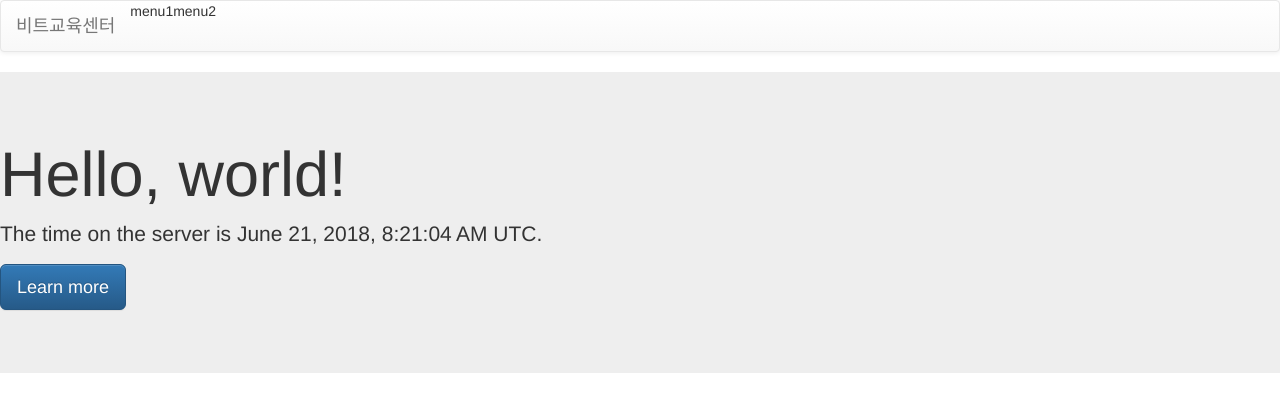
Repository: hb6class/spring2018
Page: http://localhost/sts03/
An editor plug-in stored every save of this project. The page is shown before and after the next save, followed by the edit.
The browser window is 1280 px wide. The pictures show the whole page.
The page is served by Tomcat 9. Other server files are loaded and not shown. The template is opened directly, without the code that normally fills it, so the values that code supplies are empty.

Above is the page before, as saved 2018-06-25 02:54:37.

### sts03/src/main/webapp/WEB-INF/views/home.jsp
<%@ page language="java" contentType="text/html; charset=UTF-8"
    pageEncoding="UTF-8"%>
<%@ taglib uri="http://java.sun.com/jsp/jstl/core" prefix="c" %>
<%@ page session="false" %>
<html>
<head>
<meta http-equiv="Content-Type" content="text/html; charset=UTF-8">
<!-- Latest compiled and minified CSS -->
<link rel="stylesheet" href="https://maxcdn.bootstrapcdn.com/bootstrap/3.3.7/css/bootstrap.min.css" integrity="sha384-BVYiiSIFeK1dGmJRAkycuHAHRg32OmUcww7on3RYdg4Va+PmSTsz/K68vbdEjh4u" crossorigin="anonymous">

<!-- Optional theme -->
<link rel="stylesheet" href="https://maxcdn.bootstrapcdn.com/bootstrap/3.3.7/css/bootstrap-theme.min.css" integrity="sha384-rHyoN1iRsVXV4nD0JutlnGaslCJuC7uwjduW9SVrLvRYooPp2bWYgmgJQIXwl/Sp" crossorigin="anonymous">

<!-- jQuery (necessary for Bootstrap's JavaScript plugins) -->
<script src="https://ajax.googleapis.com/ajax/libs/jquery/1.12.4/jquery.min.js"></script>

<!-- Latest compiled and minified JavaScript -->
<script src="https://maxcdn.bootstrapcdn.com/bootstrap/3.3.7/js/bootstrap.min.js" integrity="sha384-Tc5IQib027qvyjSMfHjOMaLkfuWVxZxUPnCJA7l2mCWNIpG9mGCD8wGNIcPD7Txa" crossorigin="anonymous"></script>
	<title>Home</title>
</head>
<body>
<nav class="navbar navbar-default">
  <div class="container-fluid">
    <div class="navbar-header">
      <a class="navbar-brand" href="#">
        <p>비트교육센터</p>
      </a>
    </div>
	  <ul class="nav navbar-nav">
	  	<li>menu1</li>
	  	<li>menu2</li>
	  </ul>
  </div>
</nav>
<div class="jumbotron">
  <h1>Hello, world!</h1>
	<P>  The time on the server is ${serverTime}. </P>
  <p><a class="btn btn-primary btn-lg" href="#" role="button">Learn more</a></p>
</div>

</body>
</html>

After the next save:
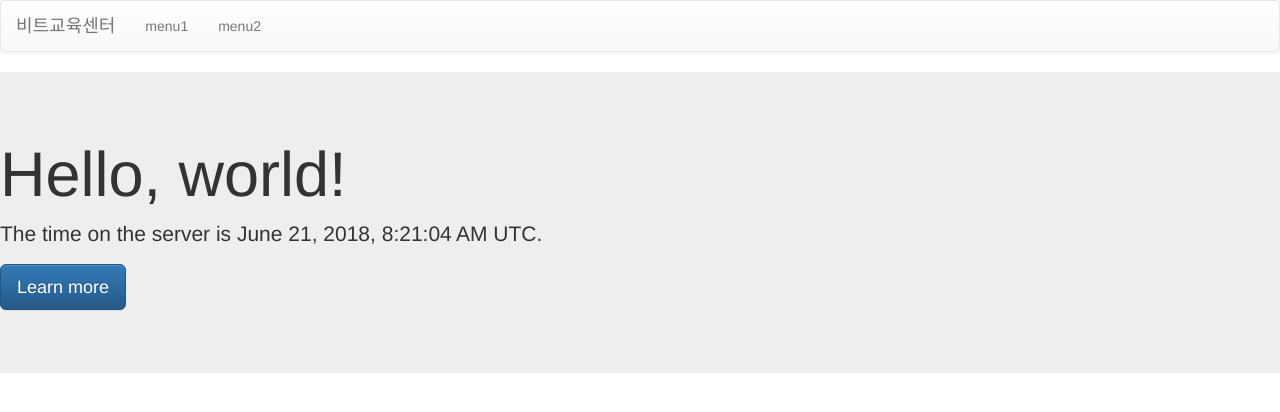
Saved 75 s later.
--- a/sts03/src/main/webapp/WEB-INF/views/home.jsp
+++ b/sts03/src/main/webapp/WEB-INF/views/home.jsp
@@ -27,8 +27,8 @@
       </a>
     </div>
 	  <ul class="nav navbar-nav">
-	  	<li>menu1</li>
-	  	<li>menu2</li>
+	  	<li><a href="#">menu1</a></li>
+	  	<li><a href="#">menu2</a></li>
 	  </ul>
   </div>
 </nav>
